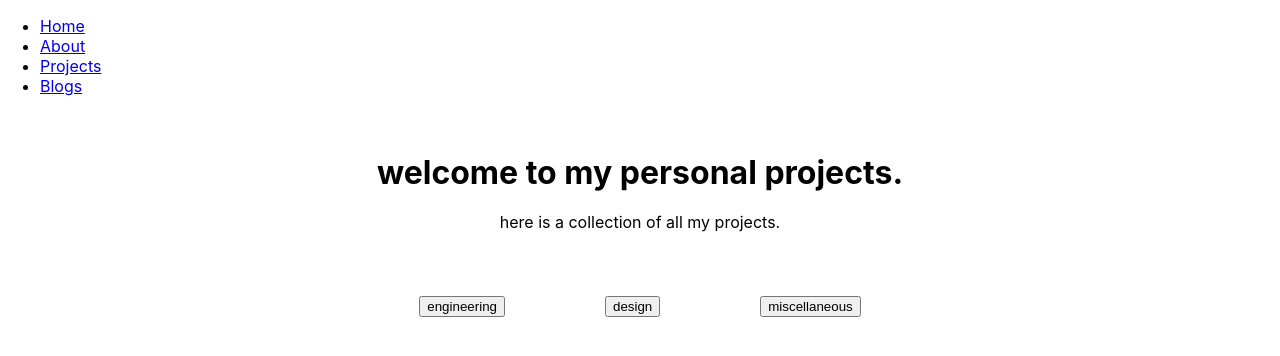
Repository: nicholaschen09/personalWebsite
Page: /projects
An editor plug-in stored every save of this project. The page is shown before and after the next save, followed by the edit.
The browser window is 1280 px wide. The pictures show the whole page.
The project was rebuilt for these pictures with package versions that can differ from the ones it lists, and the page was loaded fresh each time. Also part of the build but not shown: src/components/About.css, src/components/About.js, src/components/Home.js, src/components/Blog.css, src/components/Blog.js, src/components/Miscellaneous.css, src/components/Miscellaneous.js, src/components/Design.css and 3 more.

Above is the page before, as saved 2024-07-17 22:15:12.

### src/App.js
import React from 'react';
import { BrowserRouter as Router, Route, Routes, Link } from 'react-router-dom';
import About from './components/About.js';
import Home from './components/Home.js';
import Projects from './components/Projects.js';
import Blog from './components/Blog.js';
import Miscellaneous from './components/Miscellaneous.js';
import Design from './components/Design.js';
import Engineering from './components/Engineering.js';

function App() {
  return (
    <Router>
      <div>
        <nav>
          <ul>
            <li>
              <Link to="/">Home</Link>
            </li>
            <li>
              <Link to="/about">About</Link>
            </li>
            <li>
              <Link to="/projects">Projects</Link>
            </li>
            <li>
              <Link to="/blogs">Blogs</Link>
            </li>
          </ul>
        </nav>

        <Routes>
          <Route path="/about" element={<About />} />
          <Route path="/" element={<Home />} />
          <Route path="/projects" element={<Projects />} />
          <Route path="/blogs" element={<Blog />} />
          <Route path="/projects/miscellaneous" element={<Miscellaneous />} />
          <Route path="/projects/design" element={<Design />} />
          <Route path="/projects/engineering" element={<Engineering />} />
        </Routes>
      </div>
    </Router>
  );
}

export default App;

### src/components/Projects.js
import React from 'react';
import { Link } from 'react-router-dom';
import './Projects.css';

const Projects = () => {
    return (
        <div className="projects">
            <h1>welcome to my personal projects. </h1>
            <p>here is a collection of all my projects.</p>

            <Link to ="/projects/engineering"><button>engineering</button></Link>

            <Link to ="/projects/design"><button>design</button></Link>

            <Link to ="/projects/miscellaneous"><button>miscellaneous</button></Link>

        </div>
    );
};

export default Projects;

### src/components/Home.css
/* src/components/Home/Home.css */
.home {
    text-align: center;
    padding: 100px;
    width: 700px;
    margin-left: auto;
    margin-right: auto;
}
.DinnerImage {
    width: 70%;
    height: 70%;
    margin-left: auto;
    margin-right: auto;
    display: block;
}
p {
    line-height: 1;
}

### src/components/Projects.css
/* src/components//Home.css */
.projects {
    text-align: center;
    padding: 20px;
}

.projects button {
    margin: 50px;
}

Loaded but not shown: public/index.html (common file); src/index.js (common file); src/index.css (common file); src/reportWebVitals.js (common file)

After the next save:
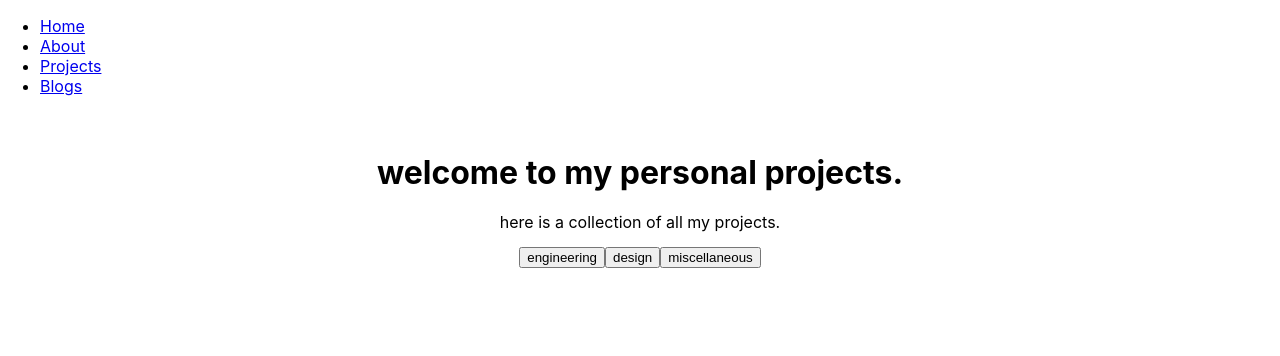
Saved 7 s later.
--- a/src/components/Projects.css
+++ b/src/components/Projects.css
@@ -3,7 +3,3 @@
     text-align: center;
     padding: 20px;
 }
-
-.projects button {
-    margin: 50px;
-}
